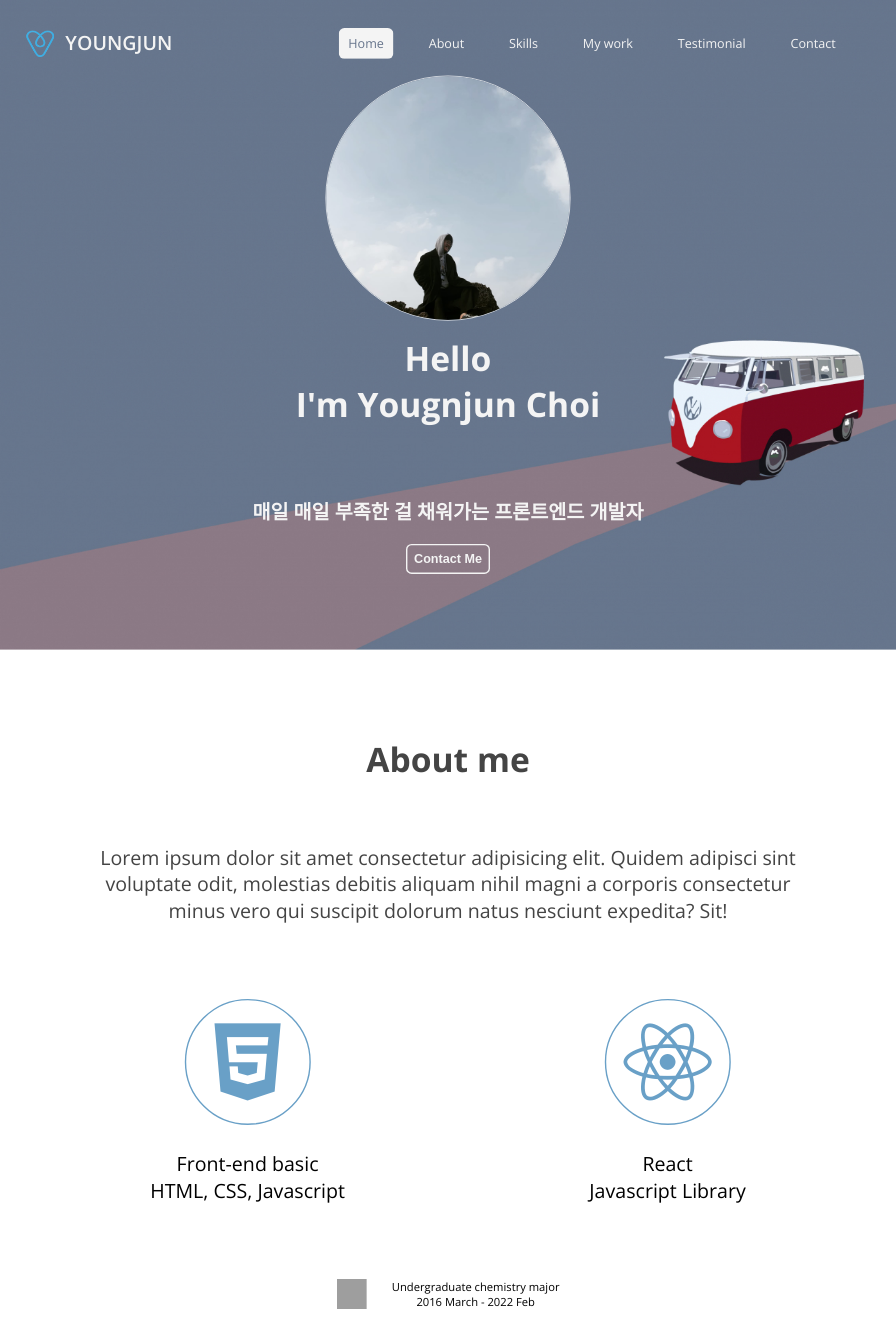
Repository: choi2021/portfolio-vanillaJS
Page: index.html
These files come from the project's save history. The page is drawn as it stood at one moment and after the next save; the edit follows.
The browser window is 1280 px wide. The pictures show the part of the page from y = 0 to 1920 px (the page is 5636 px tall), at 70% of full size.
Pictures or frames that could not be fetched are drawn as grey boxes. Some web libraries are served in a nearby version.

Above is the page before, as saved 2022-01-08 14:58:25.

### index.html
<!DOCTYPE html>
<html lang="en">

<head>
  <meta charset="UTF-8">
  <meta http-equiv="X-UA-Compatible" content="IE=edge">
  <meta name="viewport" content="width=device-width, initial-scale=1.0">
  <title>Youngjun's Portfolio</title>
  <meta name="description" content="Front-end developer Youngjun">
  <meta name="author" content="Youngjun ">
  <link rel="icon" href="public/favicon.png" type="public/png">
  <link rel="stylesheet" href="style.css">
  <script src="main.js" defer></script>
  <script src="https://kit.fontawesome.com/a6a726722e.js" crossorigin="anonymous"></script>
  <link href="https://fonts.googleapis.com/css2?family=Open+Sans:wght@400;600;700&display=swap" rel="stylesheet">
</head>

<body>
  <!-- Navbar -->
  <nav class="navbar">
    <div class="navbar__logo">
      <img src="public/favicon.png" alt="logo">
      <a href="#">YOUNGJUN</a>
    </div>
    <ul class="navbar__menu">
      <li class="navbar__menu__item active">Home</li>
      <li class="navbar__menu__item">About</li>
      <li class="navbar__menu__item">Skills</li>
      <li class="navbar__menu__item">My work</li>
      <li class="navbar__menu__item">Testimonial</li>
      <li class="navbar__menu__item">Contact</li>
    </ul>
  </nav>
  <!-- Home -->
  <section class="home">
    <img class="home__avatar" src="public/profile.jpg" alt="home-img">
    <h1 class="title">Hello <br> I'm Yougnjun Choi</h1>
    <h3 class="description">매일 매일 부족한 걸 채워가는 프론트엔드 개발자</h3>
    <button class="home__contact">contact me</button>
  </section>
  <!-- About -->
  <section class="about section">
    <div class="section__container">
      <h1 class="title">About me</h1>
      <p class="description">Lorem ipsum dolor sit amet consectetur adipisicing elit. Quidem adipisci sint voluptate
        odit, molestias debitis aliquam nihil magni a corporis consectetur minus vero qui suscipit dolorum natus
        nesciunt
        expedita? Sit!</p>
      <ul class="about__stacks">
        <li class="stack">
          <div class="stack__icon">
            <i class="fab fa-html5"></i>
          </div>
          <div class="stack__title">Front-end basic</div>
          <div class="stack__description">HTML, CSS, Javascript</div>
        </li>
        <li class="stack">
          <div class="stack__icon">
            <i class="fab fa-react"></i>
          </div>
          <div class="stack__title">React</div>
          <div class="stack__description">Javascript Library</div>
        </li>
      </ul>
      <div class="about__experience">
        <img src="public/gist_logo.jpg" alt="">
        <div class="experience__description">
          <div class="experience__name">Undergraduate chemistry major</div>
          <div class="experience__term">2016 March - 2022 Feb</div>
        </div>
      </div>
    </div>
  </section>
  <!-- Skills -->
  <section class="skills section">
    <div class="section__container">
      <h1 class="title">Skills</h1>
      <h2 class="sub_title">Skills & Attributes</h2>
      <p class="description">Lorem ipsum dolor sit amet, consectetur adipisicing elit. Harum cupiditate magnam modi
        eius? Soluta,
        quidem sed dicta animi maiores nemo laudantium dolores aliquam, molestias suscipit id accusantium unde
        temporibus
        nostrum.</p>
      <div class="skillset">
        <div class="skillset__left">
          <h3 class="skillset__title">Skills</h3>
          <div class="skill">
            <div class="skill__description">
              <span class="description__name">HTML</span>
              <span class="description__figure">80%</span>
            </div>
            <div class="skill__bar">
              <div class="skill__value" style="width: 80%"></div>
            </div>
          </div>
          <div class="skill">
            <div class="skill__description">
              <span class="description__name">CSS</span>
              <span class="description__figure">60%</span>
            </div>
            <div class="skill__bar">
              <div class="skill__value" style="width: 60%"></div>
            </div>
          </div>
          <div class="skill">
            <div class="skill__description">
              <span class="description__name">Javascript</span>
              <span class="description__figure">40%</span>
            </div>
            <div class="skill__bar">
              <div class="skill__value" style="width: 40%"></div>
            </div>
          </div>
          <div class="skill">
            <div class="skill__description">
              <span class="description__name">React</span>
              <span class="description__figure">10%</span>
            </div>
            <div class="skill__bar">
              <div class="skill__value" style="width:10%"></div>
            </div>
          </div>
        </div>
        <div class="skillset__right">
          <section class="tools">
            <h3 class="tools__title">Tools</h3>
            <ul class="tools__list">
              <li>
                <span>Visual Studio</span>
              </li>
            </ul>
          </section>
          <section class="etc">
            <h3 class="skillset__title">Etc</h3>
            <ul class="etc__list">
              <li>
                <span>Git</span>
              </li>
            </ul>
          </section>
        </div>
      </div>
    </div>
  </section>
  <section class="work section">
    <div class="section__container">
      <h1 class="title">My Work</h1>
      <h2 class="description">Projects</h2>
      <div class="work__categories">
        <button class="category__btn active">
          All
          <span class="category__count">8</span>
        </button>
        <button class="category__btn">HTML+CSS<span class="category__count">3</span></button>
        <button class="category__btn">HTML+CSS+Javascript<span class="category__count">3</span></button>
        <button class="category__btn">React<span class="category__count">2</span></button>
      </div>
      <div class="work__projects">
        <a href="#" class="project">
          <img src="public/background.jpg" alt="">
          <div class="project__description">
            <h3>Youtube UI</h3>
            <span>Clone coding with HTML and CSS</span>
          </div>
        </a>
        <a href="#" class="project">
          <img src="public/background.jpg" alt="">
          <div class="project__description">
            <h3>Youtube UI</h3>
            <span>Clone coding with HTML and CSS</span>
          </div>
        </a>
        <a href="#" class="project">
          <img src="public/background.jpg" alt="">
          <div class="project__description">
            <h3>Youtube UI</h3>
            <span>Clone coding with HTML and CSS</span>
          </div>
        </a>
        <a href="#" class="project">
          <img src="public/background.jpg" alt="">
          <div class="project__description">
            <h3>Youtube UI</h3>
            <span>Clone coding with HTML and CSS</span>
          </div>
        </a>
        <a href="#" class="project">
          <img src="public/background.jpg" alt="">
          <div class="project__description">
            <h3>Youtube UI</h3>
            <span>Clone coding with HTML and CSS</span>
          </div>
        </a>
        <a href="#" class="project">
          <img src="public/background.jpg" alt="">
          <div class="project__description">
            <h3>Youtube UI</h3>
            <span>Clone coding with HTML and CSS</span>
          </div>
        </a>
        <a href="#" class="project">
          <img src="public/background.jpg" alt="">
          <div class="project__description">
            <h3>Youtube UI</h3>
            <span>Clone coding with HTML and CSS</span>
          </div>
        </a>
        <a href="#" class="project">
          <img src="public/background.jpg" alt="">
          <div class="project__description">
            <h3>Youtube UI</h3>
            <span>Clone coding with HTML and CSS</span>
          </div>
        </a>
      </div>
    </div>
  </section>
  <section class="testimonials section">
    <div class="section__container">
      <h1 class="title">Testimonials</h1>
      <h2 class="description">See what they say about me</h2>
      <div class="testimonialset">
        <div class="testimonial">
          <img class="testimonial__avatar" src="public/background2.jpg" alt="">
          <div class="testimonial__speech-bubble">
            <span>Lorem ipsum dolor sit amet consectetur adipisicing elit. Minus tenetur in minima voluptatum! Accusamus
              suscipit laborum corrupti quidem fuga ratione doloremque. Fugiat porro sapiente sed suscipit delectus
              animi
              harum officia!</span>
            <div class="name-and-company">
              <span class="name"><a href="#"> Ellie</a></span>
              <span class="companay">TigerSpike</span>
            </div>
          </div>
        </div>
        <div class="testimonial">
          <div class="section__container"></div>
          <div class="testimonial__speech-bubble">
            <span>Lorem ipsum dolor sit amet consectetur adipisicing elit. Minus tenetur in minima voluptatum! Accusamus
              suscipit laborum corrupti quidem fuga ratione doloremque. Fugiat porro sapiente sed suscipit delectus
              animi
              harum officia!</span>
            <div class="name-and-company">
              <span class="name"><a href="#"> Ellie</a></span>
              <span class="companay">TigerSpike</span>
            </div>
          </div>
          <img class="testimonial__avatar" src="public/background2.jpg" alt="">
        </div>
      </div>
    </div>

  </section>
  <section class="contact section">
    <h1 class="title">Let's Talk</h1>
    <h2 class="contact__email">juni2004c@gmail.com</h2>
    <div class="contact__links">
      <a href="#">
        <i class="fab fa-github"></i>
      </a>
    </div>
    <p class="contact__rights">2022 Youngjun Choi- All rights reserved</p>
  </section>
  <div class="menu__bar">
    <i class="fas fa-bars"></i>
  </div>
</body>

</html>

### main.js
// navbar background color
const navbar = document.querySelector(".navbar");
const navbarInfo = navbar.getBoundingClientRect();
console.log(navbarInfo.height);

document.addEventListener("scroll", (e) => {
  const positionY = window.scrollY;
  console.log(positionY);
});

Loaded but not shown: style.css (575 lines, source omitted)

After the next save:
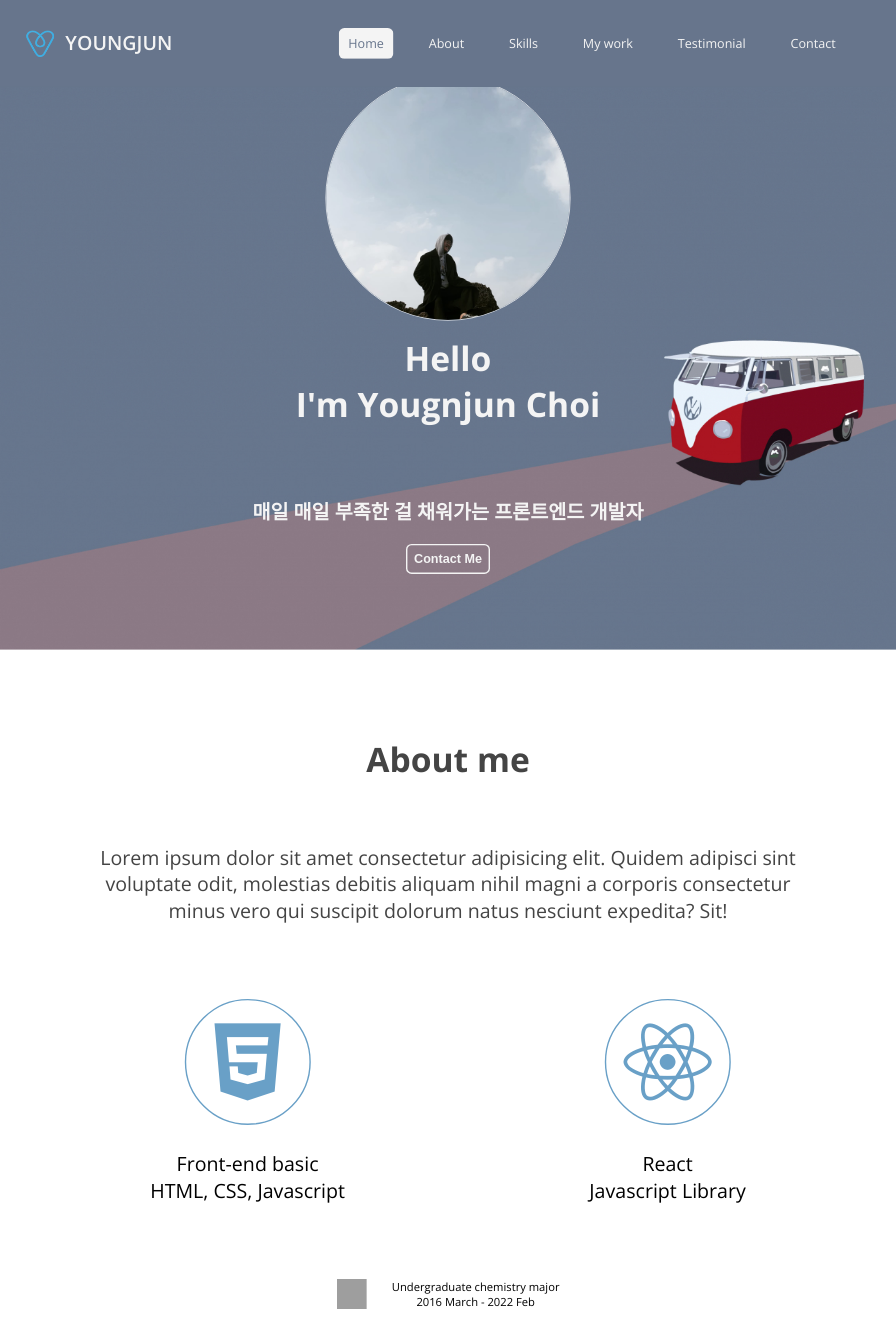
Saved 27 s later.
--- a/main.js
+++ b/main.js
@@ -5,5 +5,7 @@
 
 document.addEventListener("scroll", (e) => {
   const positionY = window.scrollY;
-  console.log(positionY);
+  if (positionY > navbarInfo.height) {
+    navbar.classList.add("withBGColor");
+  }
 });

After the save that followed:
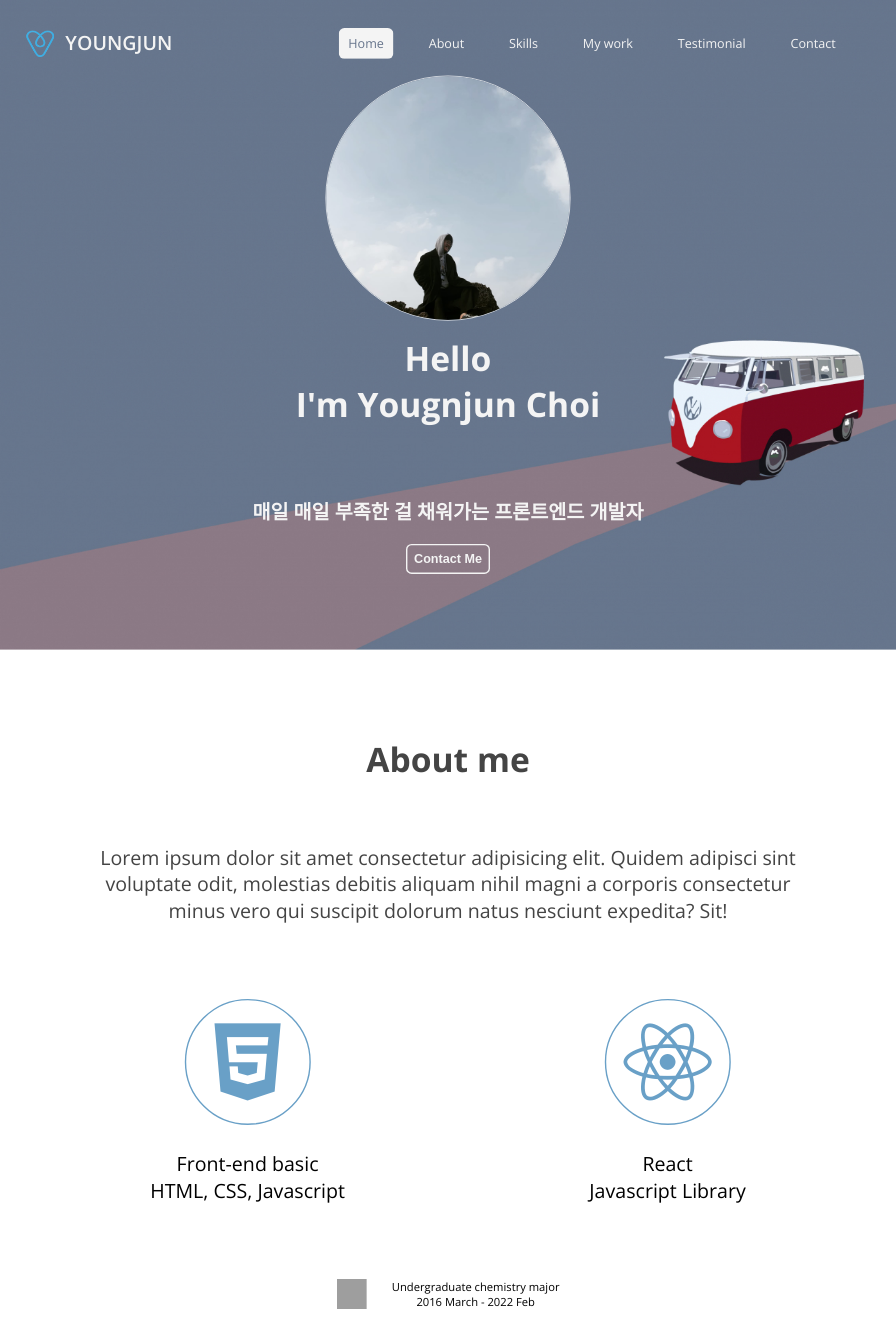
Saved 28 s later.
--- a/main.js
+++ b/main.js
@@ -7,5 +7,7 @@
   const positionY = window.scrollY;
   if (positionY > navbarInfo.height) {
     navbar.classList.add("withBGColor");
+  } else {
+    navbar.classList.remove("withBGColor");
   }
 });
